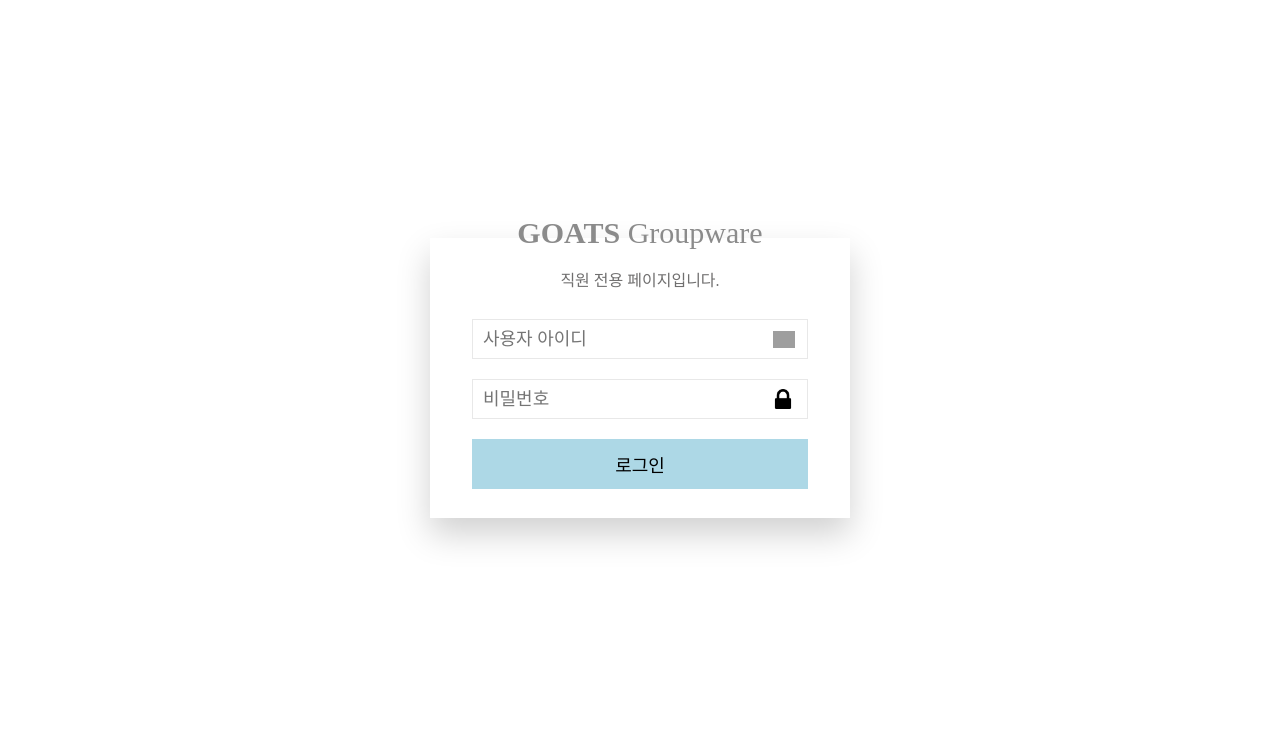
Repository: kos53910/TeamProject
Page: http://localhost/final_goats/
An editor plug-in stored every save of this project. The page is shown before and after the next save, followed by the edit.
The browser window is 1280 px wide. The pictures show the whole page.
Pictures or frames that could not be fetched are drawn as grey boxes. Some web fonts or font styles are not loaded; a fallback is used. The page is served by Tomcat 9. Nobody is signed in. The application's start-up code is not run. Other server files are loaded and not shown.

Above is the page before, as saved 2023-08-05 10:54:47.

### el_project_legacy_work/final_goats/src/main/webapp/index.jsp
<%@ page language="java" contentType="text/html; charset=UTF-8"
    pageEncoding="UTF-8"%>
<!DOCTYPE html>
<html>
   <head>
      <meta charset="UTF-8">
      <meta name="viewport" content="width=device-width, initial-scale=1.0" />
        <title>GOATS | Log in</title>
        <link rel="stylesheet" href="https://webfontworld.github.io/kopus/KoPubWorldDotum.css">
        <link rel="stylesheet" href="resources/css/index.css">
      <script  src="http://code.jquery.com/jquery-latest.min.js"></script>
      <script type="text/javascript">

         $(document).ready(function(){
            $("#loginBtn").click(function(){
               $("#loginForm").attr({
                  "action":"login.gos",
                  "method":"POST"
               }).submit();
            });
         });

      </script>
      <style type="text/css">

            #geid, #gepw, #loginBtn{
                font-family: 'KoPubWorldDotum';
            }

      </style>
   </head>

   <body>
      <div class="longin_box">
       <p class="aaa"><b>GOATS</b> Groupware</p>
       <br>

         <div class="login_container" layout:fragment="content"> <!-- login_container -->

            <div class="user_login_container">                  <!-- user_login_container -->
                  <!-- login form -->



                     <form name="loginForm" id="loginForm">
                     <p>직원 전용 페이지입니다.</p>
                     <br>

                     <input class="user_login_input" type="text" name="geid" id="geid" placeholder="사용자 아이디" autofocus>
                     <input class="user_login_input" type="password" name="gepw" id="gepw" placeholder="비밀번호">

                     <button class="user_login_input" id="loginBtn">로그인</button>
                     <input type="hidden">
                  </form>
                  <!-- login from end-->
            </div>
         </div>
      </div>
   </body>
</html>

### el_project_legacy_work/final_goats/src/main/webapp/resources/css/index.css
*{margin: 0; padding: 0; box-sizing: border-box; list-style-type:none ;} button{cursor: pointer;}
a{text-decoration:none; color:rgb(88, 88, 88); }

.login_container{
    font-family: 'KoPubWorldDotum';
    display: flex;
    flex: 1;
    width: 100%;
    height: 100vh;
    align-items: center;
    justify-content: center;
}
.user_login_container{
    width: 600px;
    height: 40%;
    display: flex;
    justify-content: center;
    align-items: center;
    background-color: #ffffff15;
}
.user_login_container form{
    /* border: 1px solid; */
    display: flex;
    flex-direction: column;
    align-items: center;
    justify-content: center;
    margin: 0 auto;
    width: 70%;
    height: 80%;
    box-shadow: rgba(0, 0, 0, 0.185) 0px 16px 32px 0px;
    min-height: 280px;
    min-width: 420px;
    float: left;
}
.login-ptag-div{
	clear: left;
	overflow:auto;
}
.user_login_container form p{
    width: 100%;
    text-align: center;
    font-size: 16px;
    color: rgb(112, 111, 111);
}
.user_login_container form input{
    width: 80%;
    height: 40px;
    /* padding: 10px; */
    outline: none;
    border: 1px solid #e8e8e8;
    /* background-color: rgba(182, 168, 168, 0.09); */
    background-color: white;
    margin: 10px 0px;
    font-size: 18px;
    padding-left: 10px;
}

.user_login_container form button{
    width: 80%;
    height: 50px;
    border: none;
    font-size: 18px;
    margin-top: 10px;
    /* color: #424242; */
    background-color: LightBlue;
    transition: 0.2s;
}
.user_login_container form button:hover{
    background: linear-gradient(to right,LightBlue , rgb(208, 223, 228));
}

/* input background image here!!*/
/* id ,password input�뿉 怨듭슜�쑝濡� �궗�슜�븯�뒗 class*/
.user_login_input{
    background-repeat: no-repeat;
    background-size: 32px;
    background-position: 300px center;
    border-style: none;
}
#geid{
    background-image: url(../goats_icon/login_page_id.png);
    background-size: 22px;
}
#gepw{
    background-image: url(../goats_icon/login_page_pw.png);
    background-size: 20px;
}
.aaa{ /* 濡쒓렇�씤box �쐞 GOATS Gropware遺�遺� */
    position: absolute;
    width: 100%;
    text-align: center;
    top: 30%;
    font-size: 30px;
    color: rgb(139, 139, 139);
    font-family: 'KoPubWorldDotum';
}

After the next save:
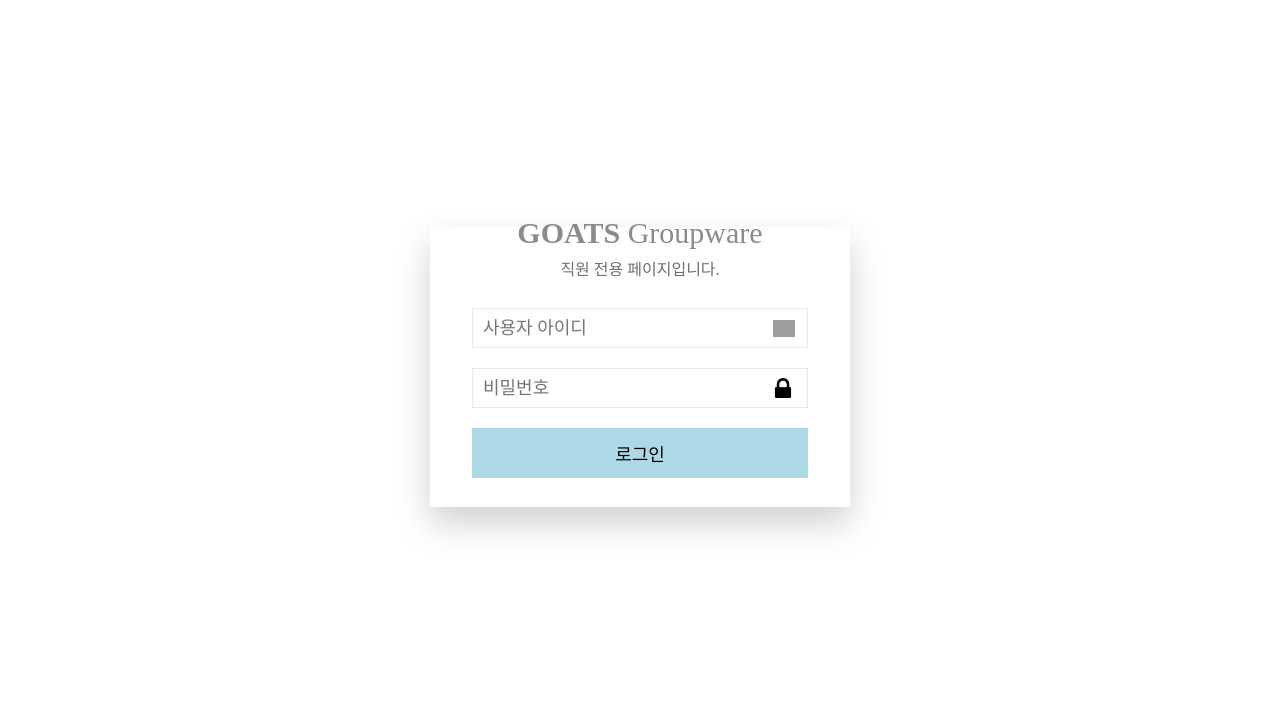
Saved 23 s later.
--- a/el_project_legacy_work/final_goats/src/main/webapp/resources/css/index.css
+++ b/el_project_legacy_work/final_goats/src/main/webapp/resources/css/index.css
@@ -6,7 +6,7 @@ a{text-decoration:none; color:rgb(88, 88, 88); }
     display: flex;
     flex: 1;
     width: 100%;
-    height: 100vh;
+    height: 97vh;
     align-items: center;
     justify-content: center;
 }
